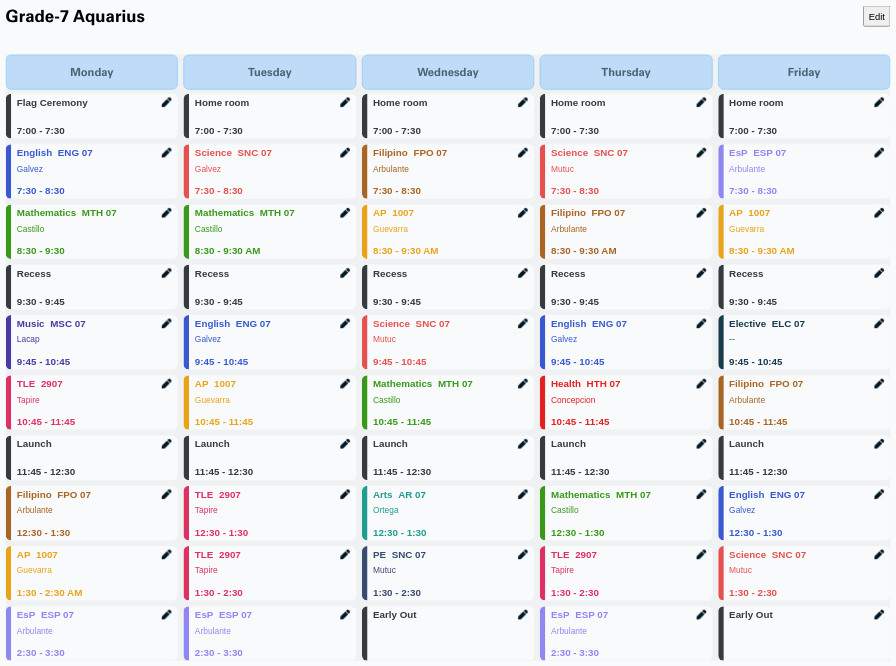
Repository: kentdrlo/prototype
Page: timetable.html
The author's editor kept a copy of each file at every save. The page is drawn from the files as they stood at one save, then again after the next save.
The browser window is 1280 px wide. The pictures show the part of the page from y = 0 to 1920 px (the page is 952 px tall before and 3897 px after), at 70% of full size.
An inner scrolling area shows only its first screen.

Above is the page before, as saved 2025-05-29 09:34:21.

After the next save:
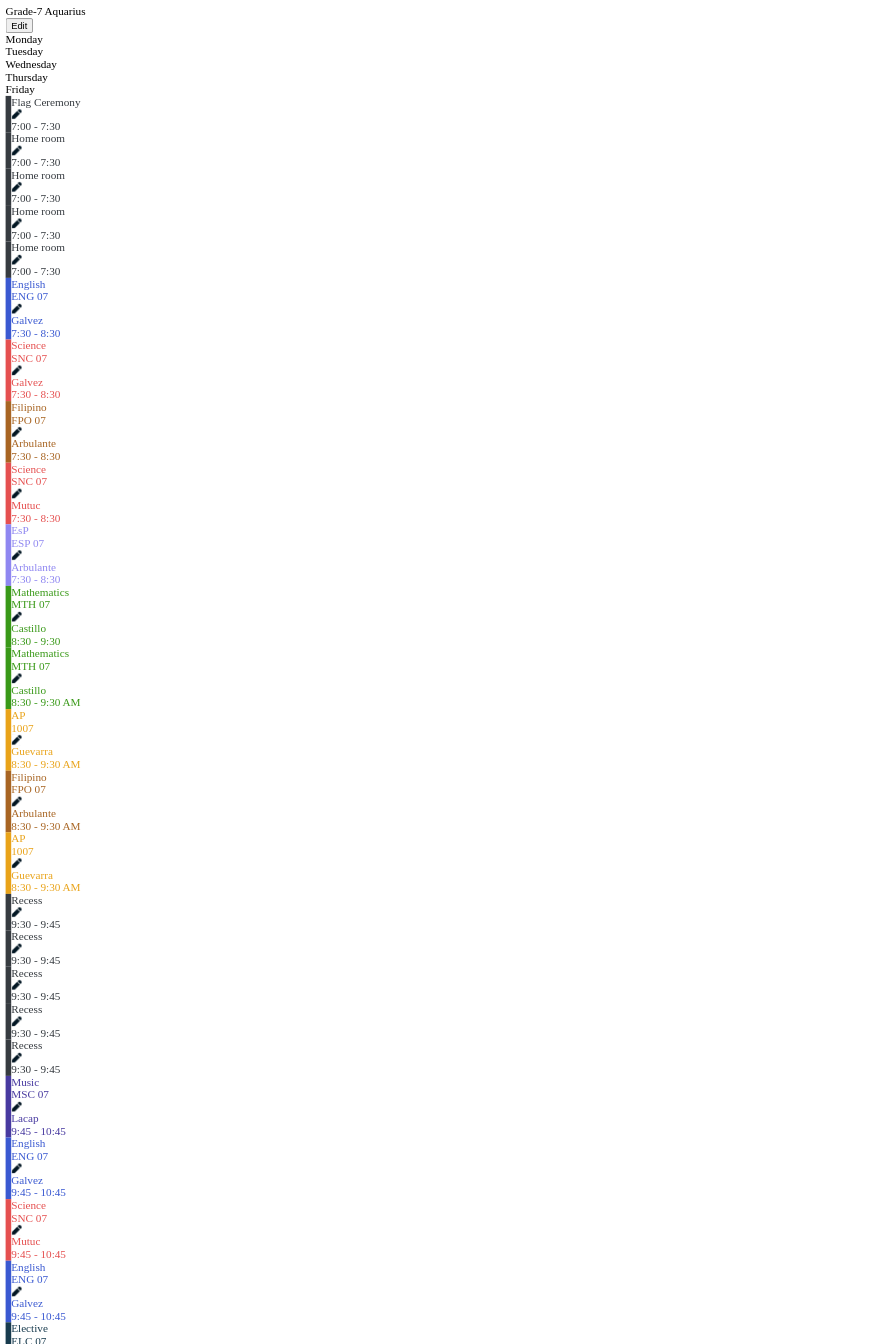
Saved 13 s later.
--- a/timetable.html
+++ b/timetable.html
@@ -1,4 +1,4 @@
-<link rel="stylesheet" href="schedule.css" />
+<link rel="stylesheet" href="src/css/login.css" />
 <div class="container">
   <div class="row">
     <div class="col">

After the save that followed:
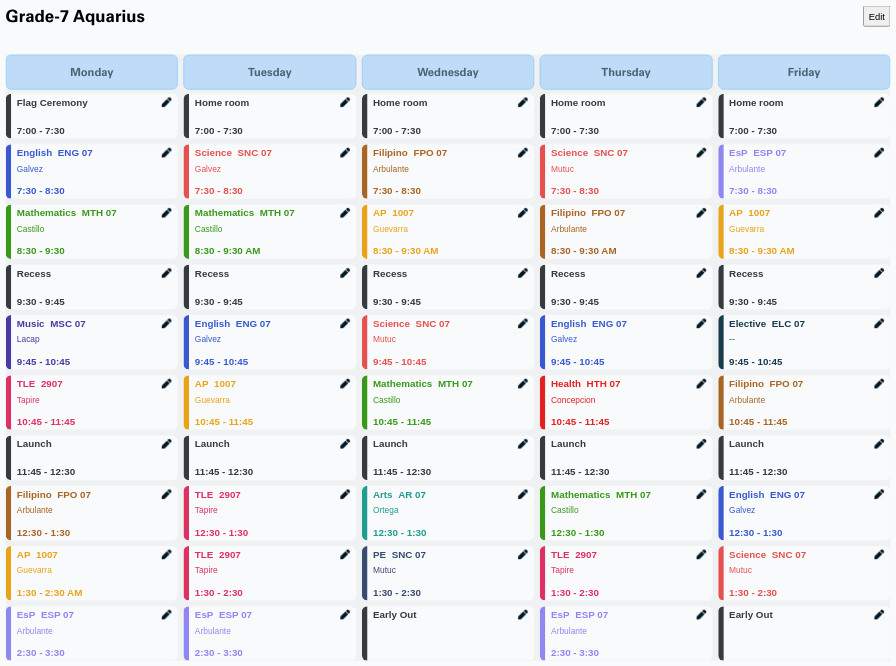
Saved 13 s later.
--- a/timetable.html
+++ b/timetable.html
@@ -1,4 +1,4 @@
-<link rel="stylesheet" href="src/css/login.css" />
+<link rel="stylesheet" href="src/css/schedule.css" />
 <div class="container">
   <div class="row">
     <div class="col">
